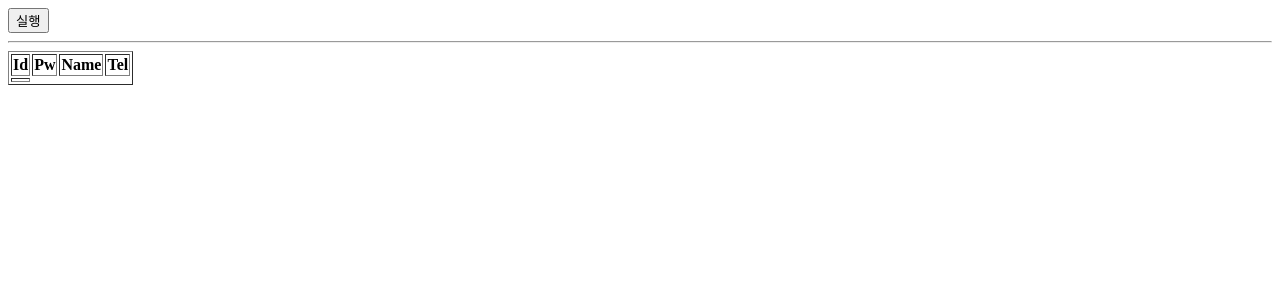
Repository: jinseon5462/Study_Jsp2
Page: http://localhost/ajax_crud/listView.jsp
The author's editor kept a copy of each file at every save. The page is drawn from the files as they stood at one save, then again after the next save.
The browser window is 1280 px wide. The pictures show the whole page.
The page is served by Tomcat 9.

Above is the page before, as saved 2023-01-03 12:34:08.

After the next save:
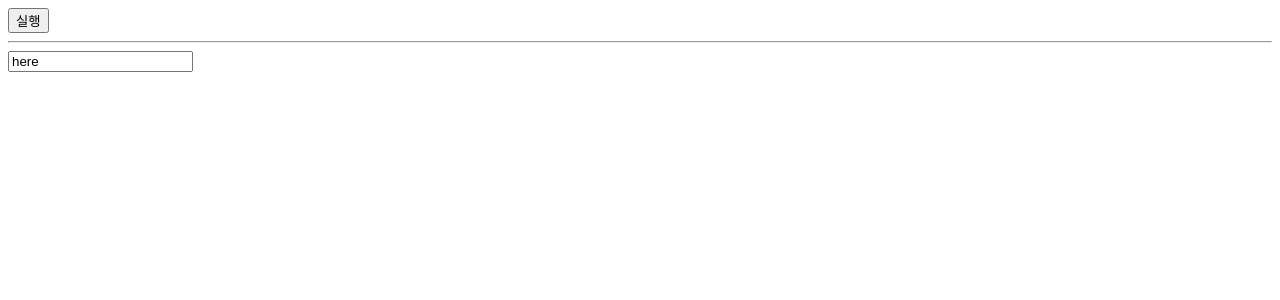
Saved 51 s later.
--- a/jsp_ws/ajax_crud/src/main/webapp/listView.jsp
+++ b/jsp_ws/ajax_crud/src/main/webapp/listView.jsp
@@ -9,19 +9,8 @@
 <body>
 <button id="btn">실행</button>
 <hr>
-<table border="1">
-	<tr>
-		<th>Id</th>
-		<th>Pw</th>
-		<th>Name</th>
-		<th>Tel</th>
-	</tr>
-	<tbody id="tbody">
-		<tr>
-			<td></td>
-		</tr>
-	</tbody>
-</table>
+
+<input type="text" id="id" value="here">
 <script>
 	const btn = document.querySelector("#btn");
 	btn.addEventListener('click', loadDoc);
